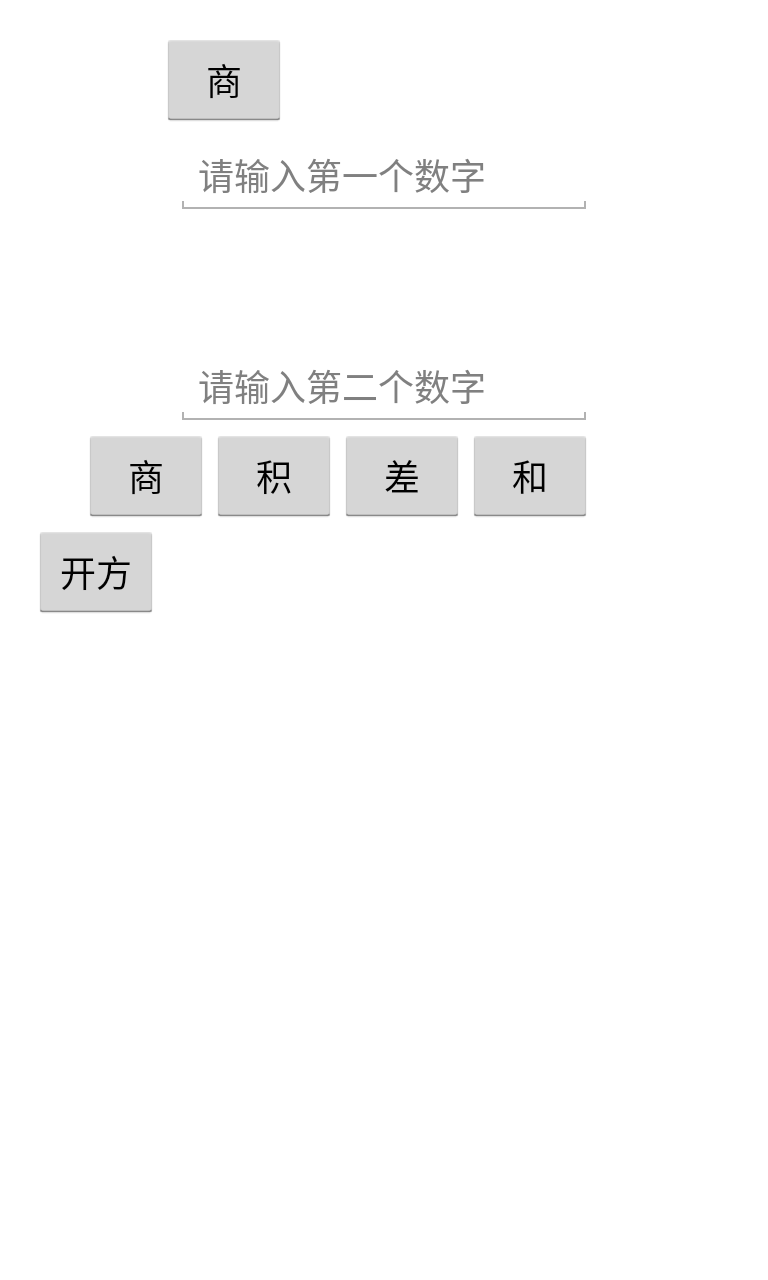
Repository: KungW/windows_learn_java_track
Layout: cac/res/layout/activity_main.xml
These files come from the project's save history. The layout is drawn as it stood at one moment and after the next save; the edit follows.
It is drawn on a 768 x 1280 px phone screen (xhdpi) without system bars, with theme AppTheme; the app's code is not run.

Above is the layout before, as saved 2016-10-20 15:51:28.

After the next save:
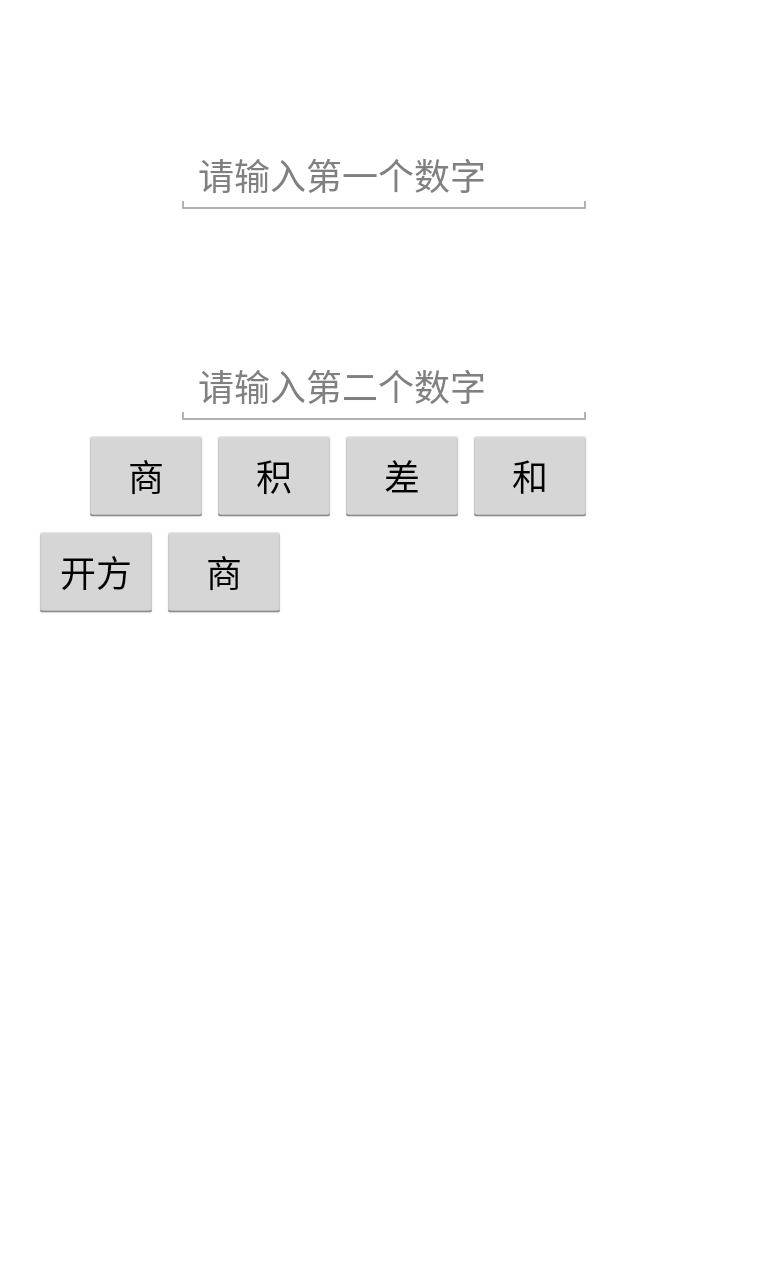
Saved 24 s later.
--- a/cac/res/layout/activity_main.xml
+++ b/cac/res/layout/activity_main.xml
@@ -56,7 +56,7 @@
         android:id="@+id/button6"
         android:layout_width="wrap_content"
         android:layout_height="wrap_content"
-
+        android:layout_below="@+id/button3"
         android:layout_toRightOf="@id/button5"
         android:text="商" />
     <TextView
